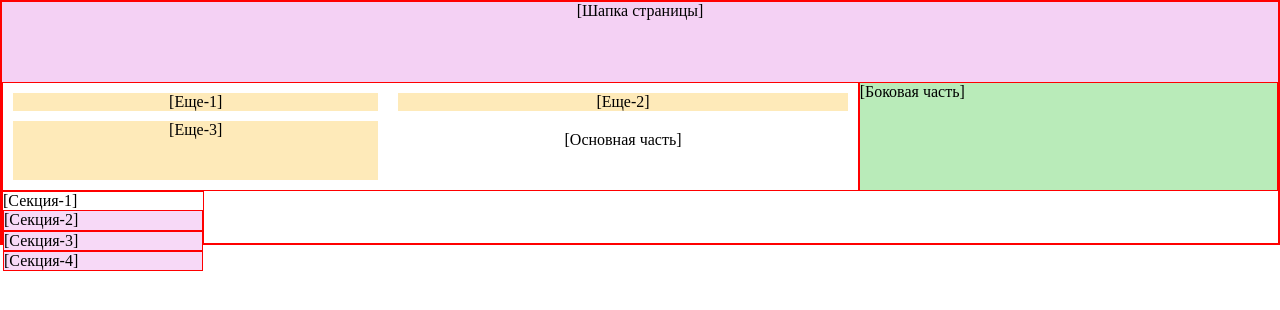
Repository: IrinaGetmanenko/week6
Page: grid.html
These files come from the project's save history. The page is drawn as it stood at one moment and after the next save; the edit follows.
The browser window is 1280 px wide. The pictures show the whole page.

Above is the page before, as saved 2022-10-22 19:41:11.

After the next save:
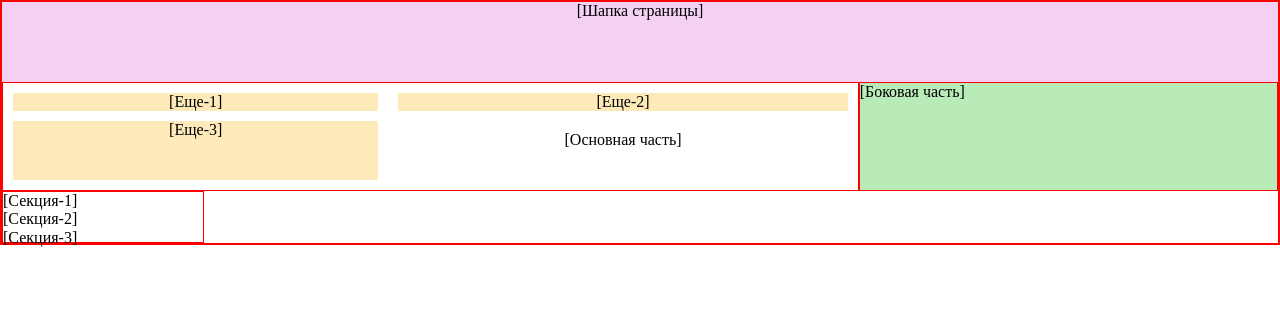
Saved 91 s later.
--- a/grid.html
+++ b/grid.html
@@ -140,10 +140,16 @@ border: 1px solid red;
 
 
 <footer class="footer">
-  <footer class="section-1">[Секция-1]</footer>
-  <div class="footer-2">[Секция-2]</div>
-  <div class="footer-3">[Секция-3]</div>
-  <div class="footer-3">[Секция-4]</div>
+  <footer class="section-1">
+    <span>[Секция-1]</span>
+  </footer>
+  <footer class="section-2">
+    <span>[Секция-2]</span>
+  </footer>
+  <footer class="section-3">
+    <span>[Секция-3]</span>
+  </footer>
+
 
 </footer>
 
